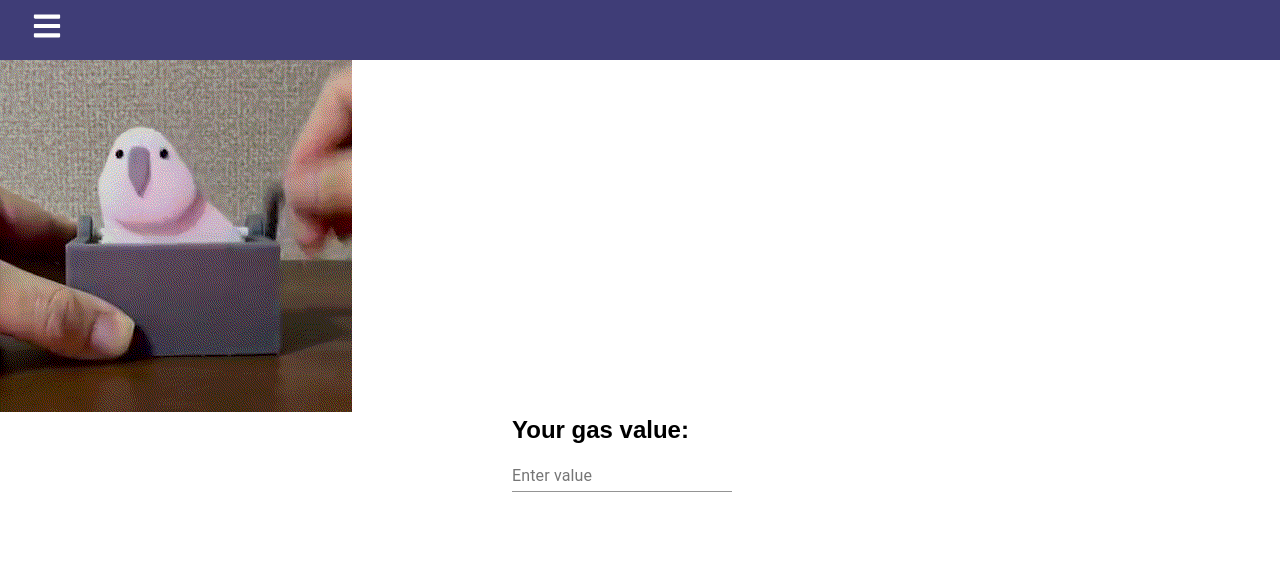
Repository: dcutalo/GasPal
Page: / (app in client/)
These files come from the project's save history. The page is drawn as it stood at one moment and after the next save; the edit follows.
The browser window is 1280 px wide. The pictures show the whole page.
Some web fonts or font styles are not loaded; a fallback is used. The project was rebuilt for these pictures with package versions that can differ from the ones it lists, and the page was loaded fresh each time. Also part of the build but not shown: client/src/pages/triphistory.js, client/src/pages/gasefficiencyreports.js, client/src/pages/userprofile.js.

Above is the page before, as saved 2021-10-08 09:48:21.

### client/src/App.js
import React from 'react';
import './App.css';
import Sidebar from './components/Sidebar';
import { BrowserRouter as Router, Switch, Route} from 'react-router-dom';
import Home from './pages/home';
import TripHistory from './pages/triphistory';
import Reports from './pages/gasefficiencyreports';
import UserProfile from './pages/userprofile';


function App() {
  return (
    <Router>
      <Sidebar />
      <Switch>
        <Route path = '/' exact component={Home}/>
        <Route path = '/triphistory' component={TripHistory}/>
        <Route path = '/gasefficiencyreports' component={Reports}/>
        <Route path = '/userprofile' component={UserProfile}/>
      </Switch>
    </Router>
  );
}

export default App;

### client/src/App.css
@import url(https://fonts.googleapis.com/css2?family=Gluten&display=swap);

* {
  box-sizing: border-box;
  margin: 0;
  padding: 0;
  font-family: 'Latp', sans-serif;
}

.home, .gasefficiencyreports, .triphistory, .userprofile {
  display: flex;
  height: 90vh;
  align-items: center;
  justify-content: center;
  font-size: 3rem;
}

### client/src/components/Sidebar.js
import React, {useState} from 'react'
import * as FaIcons from "react-icons/fa";
import * as AiIcons from "react-icons/ai";
import { Link } from 'react-router-dom';
import { SidebarData } from './Sidebardata';
import './Sidebar.css';
import { IconContext } from 'react-icons'

function Sidebar() {
    const [sidebar, setSidebar] = useState(false)

    const showSidebar = () => setSidebar(!sidebar)

    return (
        <>
        <IconContext.Provider value={{size: '30px', className:"icons"}}>
            <div className ="sidebar">
                <Link to="#" className='menu-bars'>
                    <FaIcons.FaBars onClick={showSidebar} />
                </Link>
            </div>

            <nav className={sidebar ? 'side-menu active' : 'side-menu'}>
                <ul className='side-menu-items'>
                    <li className="sidebar-toggle">
                        <Link to="#" className='menu-bars' onClick={showSidebar}>
                            <AiIcons.AiOutlineClose />
                        </Link>
                    </li>

                    {SidebarData.map((item,index) => {
                        return (

                            <li key={index} className={item.cName}>
                                <Link to={item.path}>
                                    {item.icon}
                                    <span>{item.title}</span>
                                </Link>
                            </li>

                        );
                    })}

                </ul>
            </nav>

        </IconContext.Provider>
        </>
    )
}

export default Sidebar

### client/src/pages/home.js
import React, { useState } from "react";
import TextField from "@material-ui/core/TextField";
import gif from '../1f8f36ae39d05387.gif';
import '../App.css'

const Home = () => {
  const [a, setName] = useState("");

  return (
    <div>
    <img src={gif} style={{justifyContent: 'center',alignItems: 'center'}}/>

    <div
          style={{ marginLeft: "40%",}}
      >
          <h2>Your gas value:</h2>
          <TextField
              value={a}
              label="Enter value"
              onChange={(e) => {
                  setName(e.target.value);
              } } />
          <h3>{a}</h3>
      </div>
    </div>
  );
};

export default Home;

### client/src/components/Sidebardata.js
import React from 'react'
import * as AiIcons from "react-icons/ai";
import * as CgIcons from "react-icons/cg";
import * as HiIcons from "react-icons/hi";

export const SidebarData = [
    {
        title: 'Home',
        path: '/',
        icon: <AiIcons.AiFillHome />,
        cName: 'side-text'
    },
    {
        title: 'Gas Efficiency Reports',
        path: '/gasefficiencyreports',
        icon: <HiIcons.HiDocumentReport />,
        cName: 'side-text'
    },
    {
        title: 'Trip History',
        path: '/triphistory',
        icon: <AiIcons.AiOutlineHistory />,
        cName: 'side-text'
    },
    {
        title: 'User Profile',
        path: '/userprofile',
        icon: <CgIcons.CgProfile />,
        cName: 'side-text'
    }
]

### client/src/components/Sidebar.css
.sidebar {
    background-color: #3f3d77;
    height: 60px;
    display: flex;
    justify-content: start;
    align-items: center;
}

.menu-bars {
    margin-left: 2rem;
    font-size: 2rem;
    background: none;
    color:rgb(255, 255, 255)
}

.side-menu {
    background-color: #3f3d77;
    width: 300px;
    height: 120vh;
    display: flex;
    justify-content: center;
    position: fixed;
    top: 0;
    left: -100%;
    transition: 850ms;
}

.side-menu.active {
    left: 0;
    transition: 350ms;
}

.side-text {
    display: flex;
    justify-content: center;
    align-items: center;
    padding: 8px 0px 8px 16px;
    list-style: none;
    height: 60px;
}

.side-text a {
    text-decoration: none;
    color: rgb(255, 255, 255);
    font-size: 18px;
    width: 95%;
    height: 100%;
    display: flex;
    align-items: center;
    border-radius: 4px;
}

.side-text a:hover {
    background-color: #d0a3eb;
    color: black;
}

.side-menu-items {
    width: 100%;
}

.sidebar-toggle {
    background-color: #24234b;
    width: 100%;
    height: 60px;
    display: flex;
    justify-content: start;
    align-items: center;
}

span{
    margin-left: 16px;
}

Loaded but not shown: client/public/index.html (common file); client/src/index.js (common file)

After the next save:
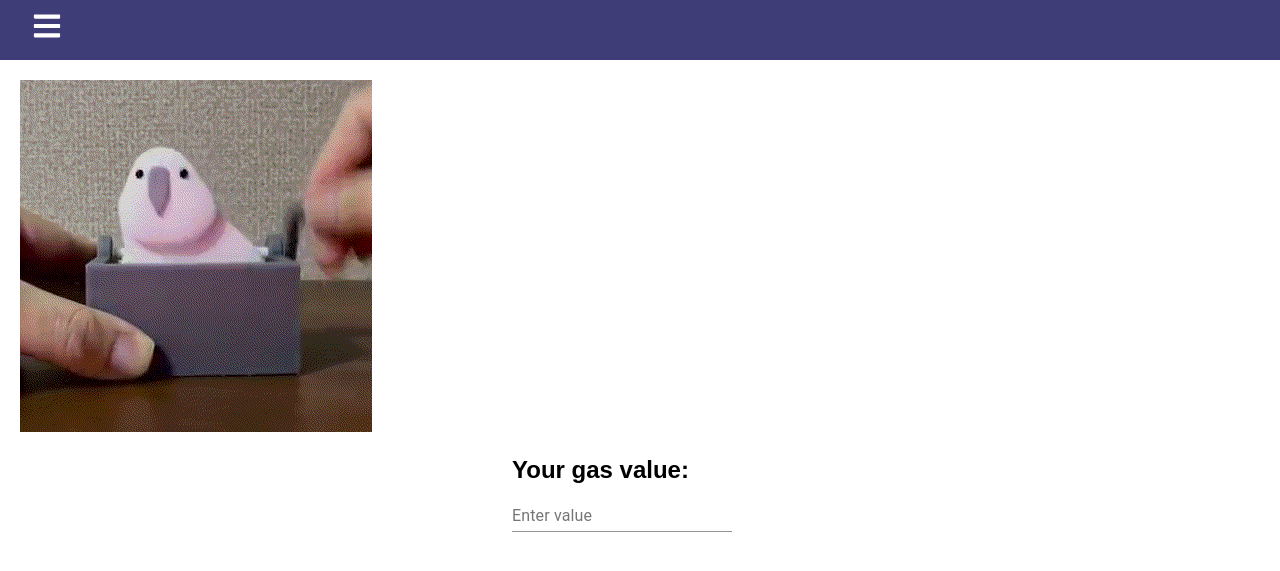
Saved 50 s later.
--- a/client/src/pages/home.js
+++ b/client/src/pages/home.js
@@ -8,7 +8,7 @@ const Home = () => {
 
   return (
     <div>
-    <img src={gif} style={{justifyContent: 'center',alignItems: 'center'}}/>
+    <img src={gif} style={{padding: 20, justifyContent: 'center',alignItems: 'center'}}/>
 
     <div
           style={{ marginLeft: "40%",}}
